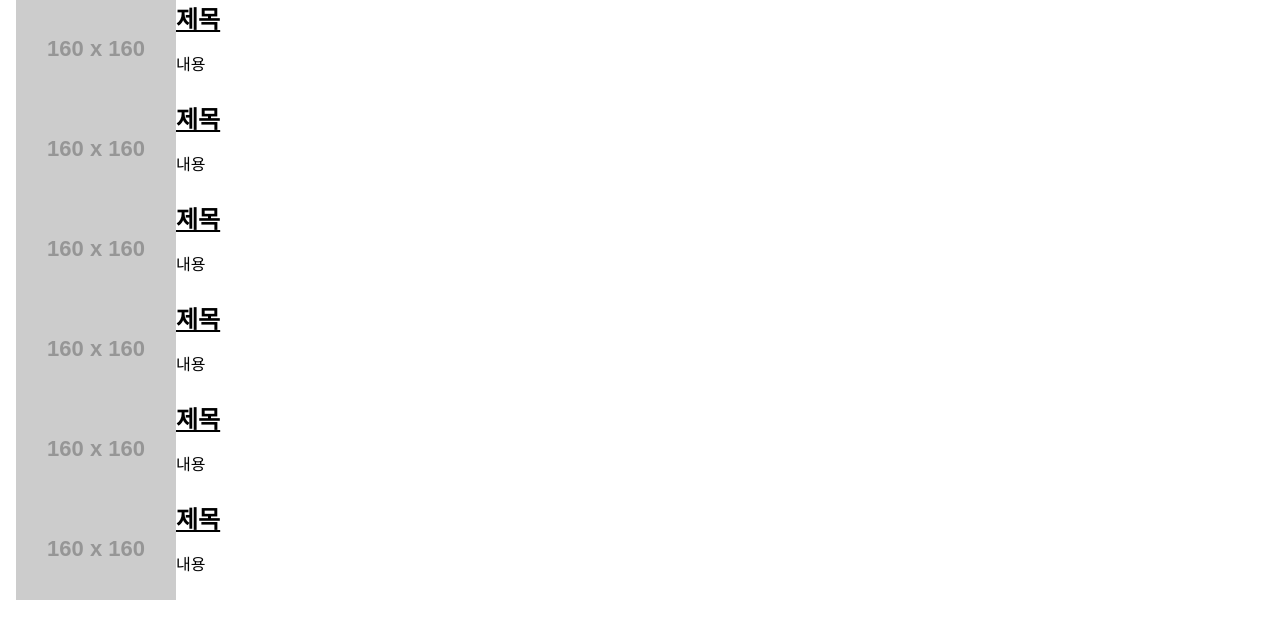
Repository: parkhyeonki/news-viewer
Page: /
An editor plug-in stored every save of this project. The page is shown before and after the next save, followed by the edit.
The browser window is 1280 px wide. The pictures show the whole page.
The project was rebuilt for these pictures with package versions that can differ from the ones it lists, and the page was loaded fresh each time. Also part of the build but not shown: src/App.css.

Above is the page before, as saved 2022-05-19 10:48:20.

### src/App.js
import './App.css';
import NewsList from './components/NewsList/NewsList';

function App() {
  return <NewsList />;
}

export default App;

### src/components/NewsList/NewsList.js
import React from 'react';
import styled from 'styled-components';
import NewsItem from '../NewsItem/NewsItem';
const NewsList = () => {
  const NewsListBlock = styled.div`
    box-sizing: border-box;
    padding-bottom: 3rem;
  `;

  const sampleArticle = {
    title: '제목',
    description: '내용',
    url: 'https://google.com',
    urlToImage: 'https://via.placeholder.com/160',
  };
  return (
    <NewsListBlock>
      <NewsItem article={sampleArticle} />
      <NewsItem article={sampleArticle} />
      <NewsItem article={sampleArticle} />
      <NewsItem article={sampleArticle} />
      <NewsItem article={sampleArticle} />
      <NewsItem article={sampleArticle} />
    </NewsListBlock>
  );
};

export default NewsList;

### src/components/NewsItem/NewsItem.js
import React from 'react';
import styled from 'styled-components';

const NewsItemBlock = styled.div`
  display: flex;

  .thumbnail {
    margin-left: 1rem;
    img {
      display: block;
      width: 160px;
      height: 100px;
      object-fit: cover;
    }
  }

  .contents {
    h2 {
      margin: 0;
      a {
        color: black;
      }
    }
  }
`;
const NewsItem = ({ article }) => {
  const { title, description, url, urlToImage } = article;

  return (
    <NewsItemBlock>
      {urlToImage && (
        <div className="thumbnail">
          <a href={url} target="_blank" rel="noopener noreferrer">
            <img src={urlToImage} alt="thumbnail" />
          </a>
        </div>
      )}
      <div className="contents">
        <h2>
          <a href={url} target="_blank" rel="noopener noreferrer">
            {title}
          </a>
        </h2>
        <p>{description}</p>
      </div>
    </NewsItemBlock>
  );
};

export default NewsItem;

Loaded but not shown: public/index.html (common file); src/index.js (common file); src/index.css (common file); src/reportWebVitals.js (common file)

After the next save:
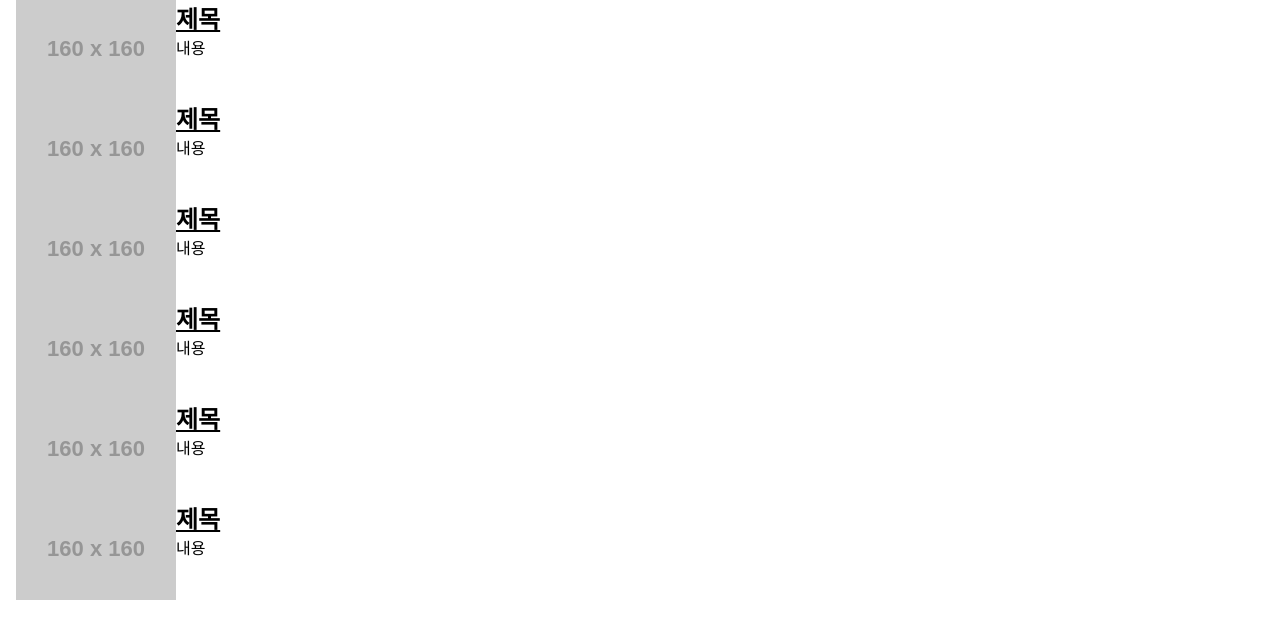
Saved 10 s later.
--- a/src/components/NewsItem/NewsItem.js
+++ b/src/components/NewsItem/NewsItem.js
@@ -20,6 +20,9 @@ const NewsItemBlock = styled.div`
       a {
         color: black;
       }
+    }
+    p {
+      margin: 0;
     }
   }
 `;
